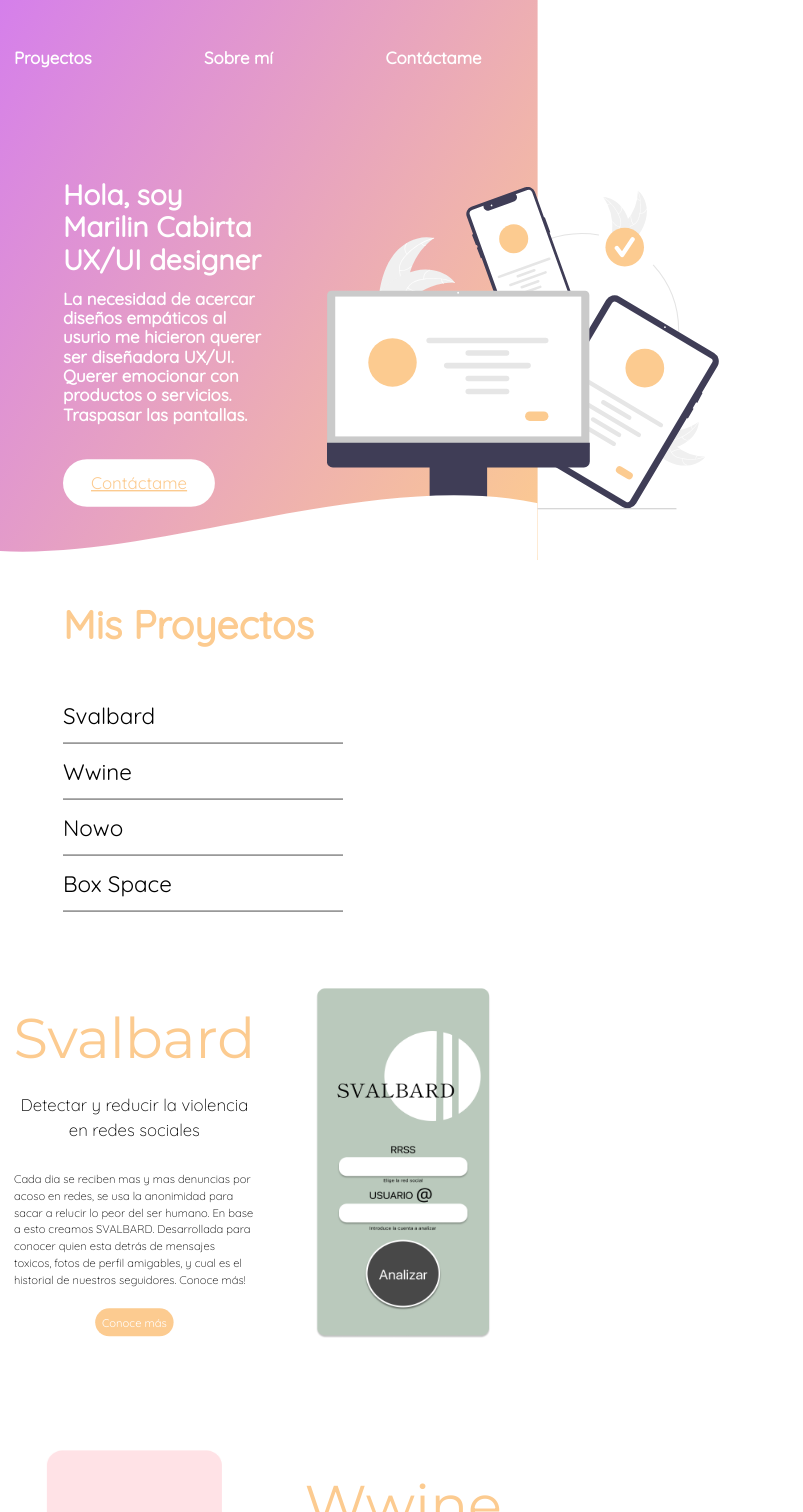
Repository: Marilyncabirta/portfolioHTML
Page: index.html
The author's editor kept a copy of each file at every save. The page is drawn from the files as they stood at one save, then again after the next save.
The browser window is 768 px wide. The page is 1147 px wide, so the pictures cover 1147 px, including what lies to the right of the window. The pictures show the part of the page from y = 0 to 2160 px (the page is 4353 px tall), at 70% of full size.
Backgrounds fixed to the window are drawn as part of the page. Some web libraries are served in a nearby version.

Above is the page before, as saved 2022-12-16 12:40:34.

After the next save:
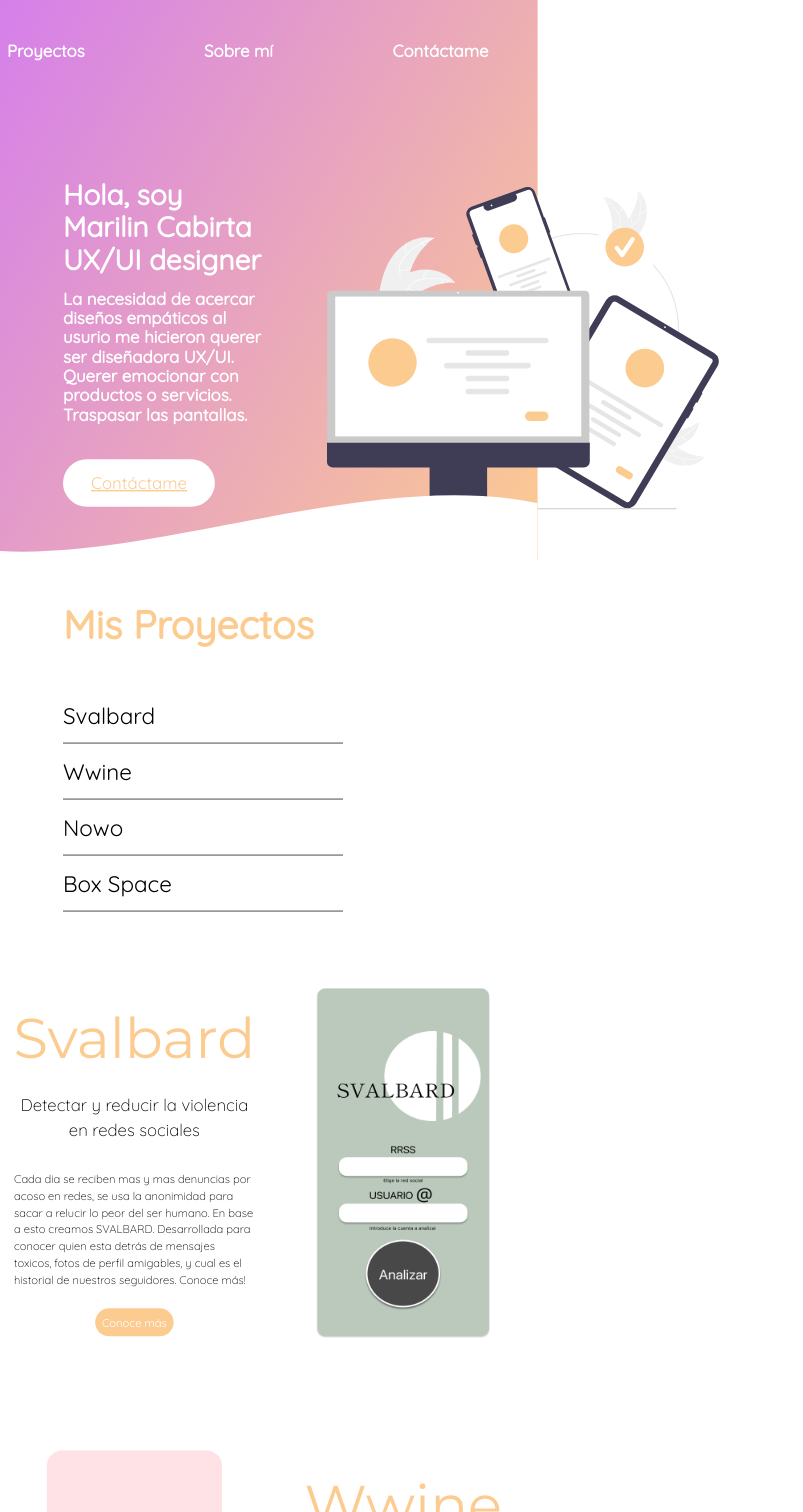
Saved 5 s later.
--- a/css/estilos.css
+++ b/css/estilos.css
@@ -347,7 +347,7 @@ text-decoration: underline;
             color: white;
             text-decoration: none;
             font-size: 24px;
-            padding: 20px 20px;
+            padding: 10px 10px;
             margin-right: 60px;
             font-weight: inherit;
         }
